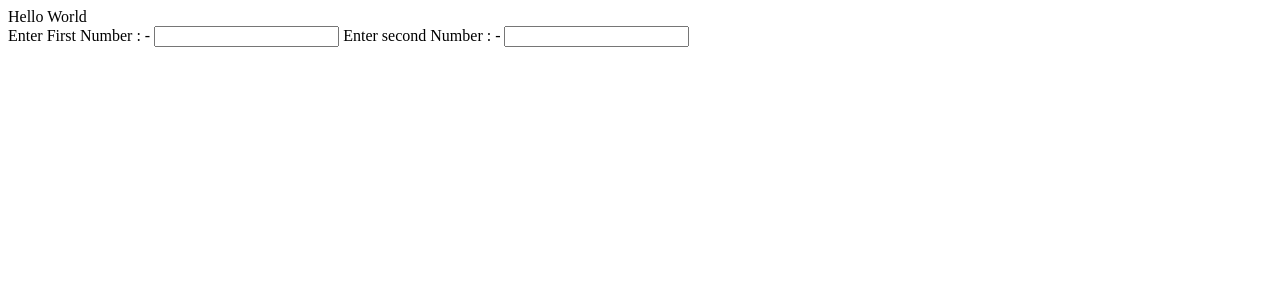
Repository: hrutikgurav2000/Java_Cap_6536
Page: MyFirstWebApp/src/main/webapp/index.html
These files come from the project's save history. The page is drawn as it stood at one moment and after the next save; the edit follows.
The browser window is 1280 px wide. The pictures show the whole page.

Above is the page before, as saved 2022-03-21 05:41:34.

After the next save:
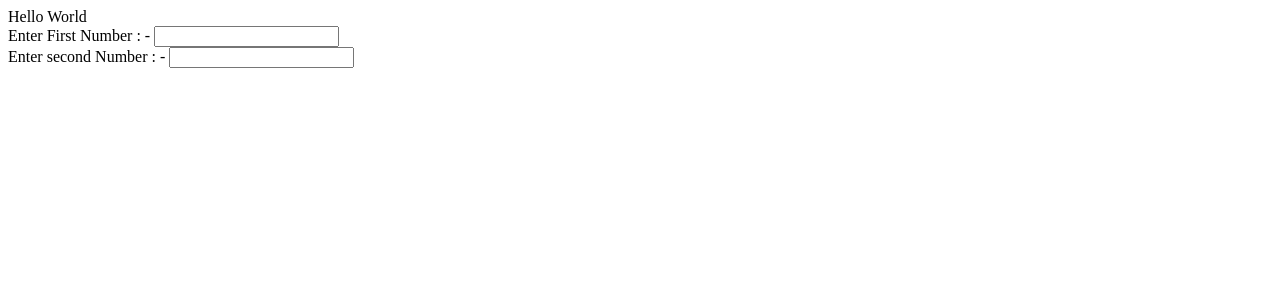
Saved 31 s later.
--- a/MyFirstWebApp/src/main/webapp/index.html
+++ b/MyFirstWebApp/src/main/webapp/index.html
@@ -8,7 +8,7 @@
 Hello World
 <form action = AddNumberServlet>
 
- Enter First Number : - <input type= "text" name = num1> </t>
+ Enter First Number : - <input type= "text" name = num1> <br>
  Enter second Number : - <input type= "text" name = num2>
 </form>
 </body>
